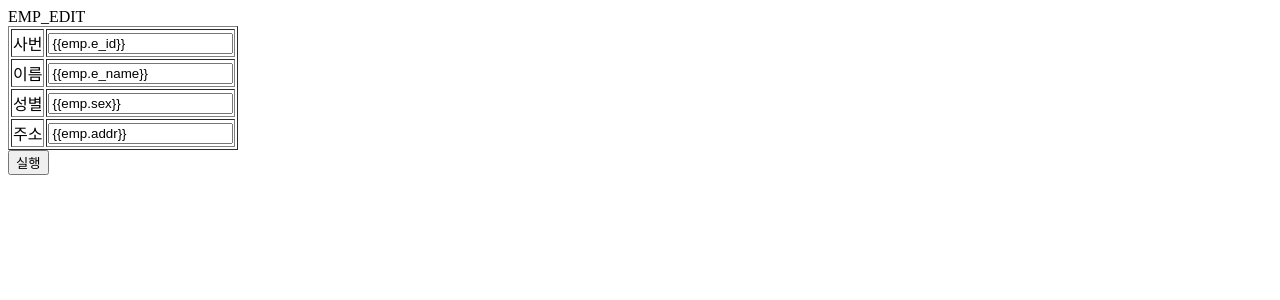
Repository: YOUNARAE/Python
Page: HELLO_PYTHON/day10/templates/emp_add.html
These files come from the project's save history. The page is drawn as it stood at one moment and after the next save; the edit follows.
The browser window is 1280 px wide. The pictures show the whole page.

Above is the page before, as saved 2022-12-07 01:34:56.

After the next save:
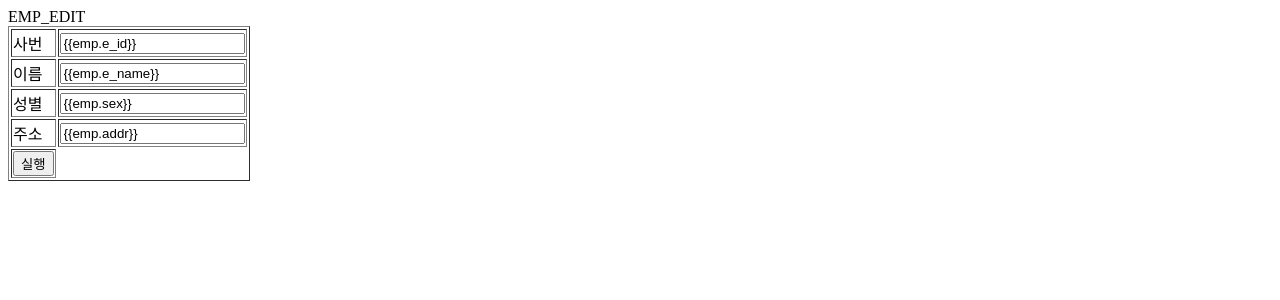
Saved 15 s later.
--- a/HELLO_PYTHON/day10/templates/emp_add.html
+++ b/HELLO_PYTHON/day10/templates/emp_add.html
@@ -26,8 +26,13 @@ EMP_EDIT
 			<td>주소</td>
 			<td><input type="text" name="addr" value="{{emp.addr}}"></td>
 		</tr>
+		<tr>
+			<td>
+				<input type="submit" value="실행">
+			</td>
+		</tr>
 	</table>
-	<input type="submit" value="실행">
+
 </form>
 </body>
 </html>
